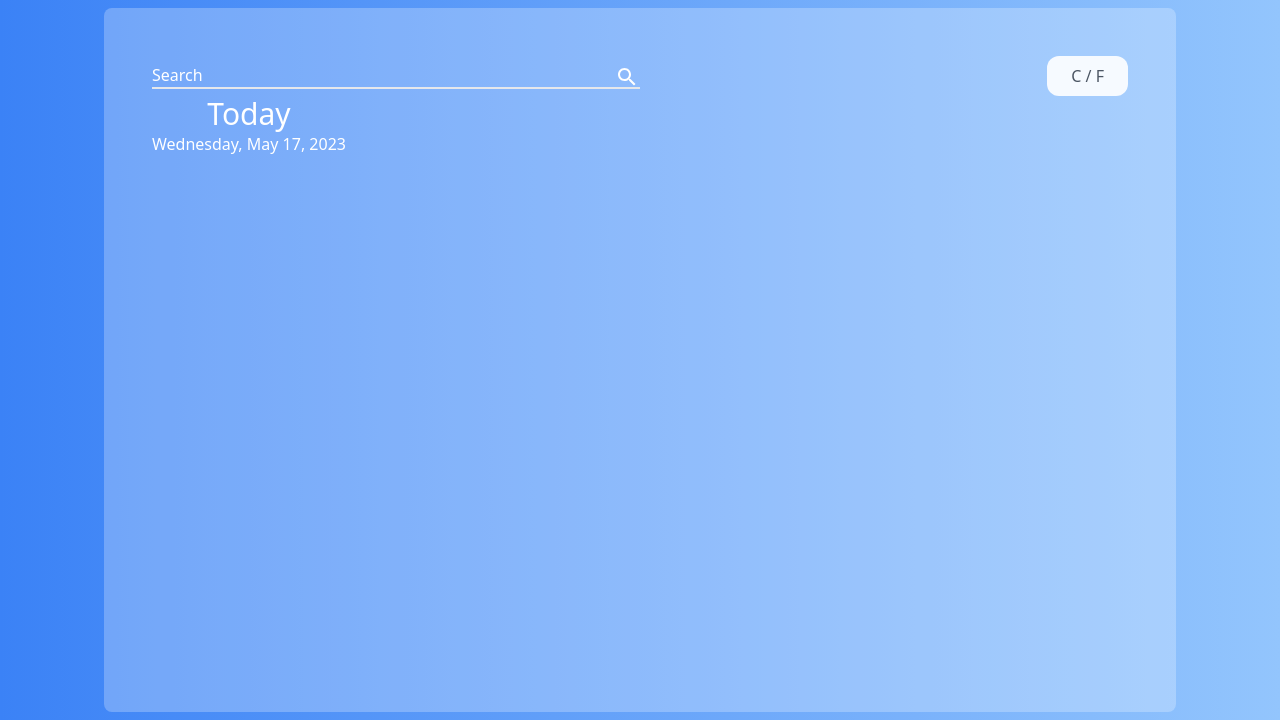
Repository: DevAntonioRogers/react-weatherapp-v2
Page: /
These files come from the project's save history. The page is drawn as it stood at one moment and after the next save; the edit follows.
The browser window is 1280 px wide. The pictures show the whole page.
The project was rebuilt for these pictures with package versions that can differ from the ones it lists, and the page was loaded fresh each time. The framework's server and built-in components were replaced by stand-ins that run in the browser. Also part of the build but not shown: next.config.js.

Above is the page before, as saved 2023-05-20 00:05:50.

### app/layout.tsx
import "./globals.css";
import { Inter } from "next/font/google";

export const metadata = {
  title: "Create Next App",
  description: "Generated by create next app",
};

export default function RootLayout({ children }: { children: React.ReactNode }) {
  return (
    <html lang="en">
      <body>{children}</body>
    </html>
  );
}

### app/page.tsx
"use client";

import Conversion from "./components/Conversion";
import Current from "./components/Current";
import Input from "./components/Input";

import { useState } from "react";

export default function Home() {
  const [data, setData] = useState({});
  const [location, setLocation] = useState("");
  const [error, setError] = useState("");

  const url = `http://api.weatherapi.com/v1/forecast.json?key=538023bd3c43455084733202231905&q=${location}&days=7&aqi=yes&alerts=yes
  `;

  const handleSearch = async (e) => {
    if (e.key === "Enter") {
      e.preventDefault();
      try {
        const response = await fetch(url);
        if (!response.ok) {
          throw new Error();
        }
        const data = await response.json();
        setData(data);
        setLocation("");
        setError("");
      } catch (error) {
        setError("City not found");
        setData({});
      }
    }
  };

  return (
    <div className="flex justify-center p-2 bg-cover h-screen bg-gradient-to-r from-blue-500 to-blue-300">
      <div className="bg-white/25 mx-24 w-full rounded-lg p-12 flex flex-col">
        {/* SEARCH AND DEGREE CONVERSION */}
        <div className="flex justify-between items-center">
          <Input handleSearch={handleSearch} location={location} setLocation={setLocation} />
          <Conversion />
        </div>

        {/* CURRENT WEATHER SECTION */}
        <div className="flex">
          <Current data={data} />
        </div>
      </div>
    </div>
  );
}

### app/components/Conversion.tsx
import React from "react";

const Conversion = () => {
  return (
    <div className="">
      <button className="rounded-xl bg-white/90 px-6 py-2 text-gray-600">C / F</button>
    </div>
  );
};

export default Conversion;

### app/components/Current.tsx
import { getCurrentDate } from "../utils/currentDate";
import LocationOnIcon from "@mui/icons-material/LocationOn";

const Current = ({ data }) => {
  const weatherIcon = data.current ? data.current.condition.icon : null;
  const currentDate = getCurrentDate();
  return (
    <div className="flex flex-col items-center gap-2 ">
      <div className="flex items-center">
        <div className="text-center">
          <h1 className="text-3xl text-white">Today</h1>
          <p className="text-white">{currentDate}</p>
        </div>
        {weatherIcon && (
          <div>
            <img className="w-[90px] object-cover" src={weatherIcon} alt="Weather Icon" />
          </div>
        )}
      </div>
      <div>
        {data.current ? (
          <p className="text-5xl text-white">
            {data.current.temp_f.toFixed()}
            <span>°</span>
          </p>
        ) : null}
        {data.current ? <span className="">{data.current.condition.text}</span> : null}
      </div>
      <div>
        {data.location ? (
          <div className="flex items-center text-black bg-white/90 px-2 py-2 rounded-xl">
            <LocationOnIcon />
            <span>
              {data.location.name}, {data.location.region}
            </span>
          </div>
        ) : null}
      </div>
    </div>
  );
};

export default Current;

### app/components/Input.tsx
"use client";

import SearchIcon from "@mui/icons-material/Search";

const Input = ({ handleSearch, setLocation, location }) => {
  return (
    <form className="flex items-center w-2/4">
      <input
        type="text"
        className="w-full bg-transparent border-b-2 placeholder-white outline-none text-white"
        placeholder="Search"
        onKeyDown={handleSearch}
        onChange={(e) => setLocation(e.target.value)}
      />
      <div className="ml-[-25px] text-white cursor-pointer">
        <SearchIcon />
      </div>
    </form>
  );
};

export default Input;

### app/utils/currentDate.tsx
export const getCurrentDate = () => {
  const currentDate = new Date().toLocaleDateString("en-US", {
    weekday: "long",
    year: "numeric",
    month: "long",
    day: "numeric",
  });
  return currentDate;
};

Loaded but not shown: app/globals.css (common file); tailwind.config.js (common file)

After the next save:
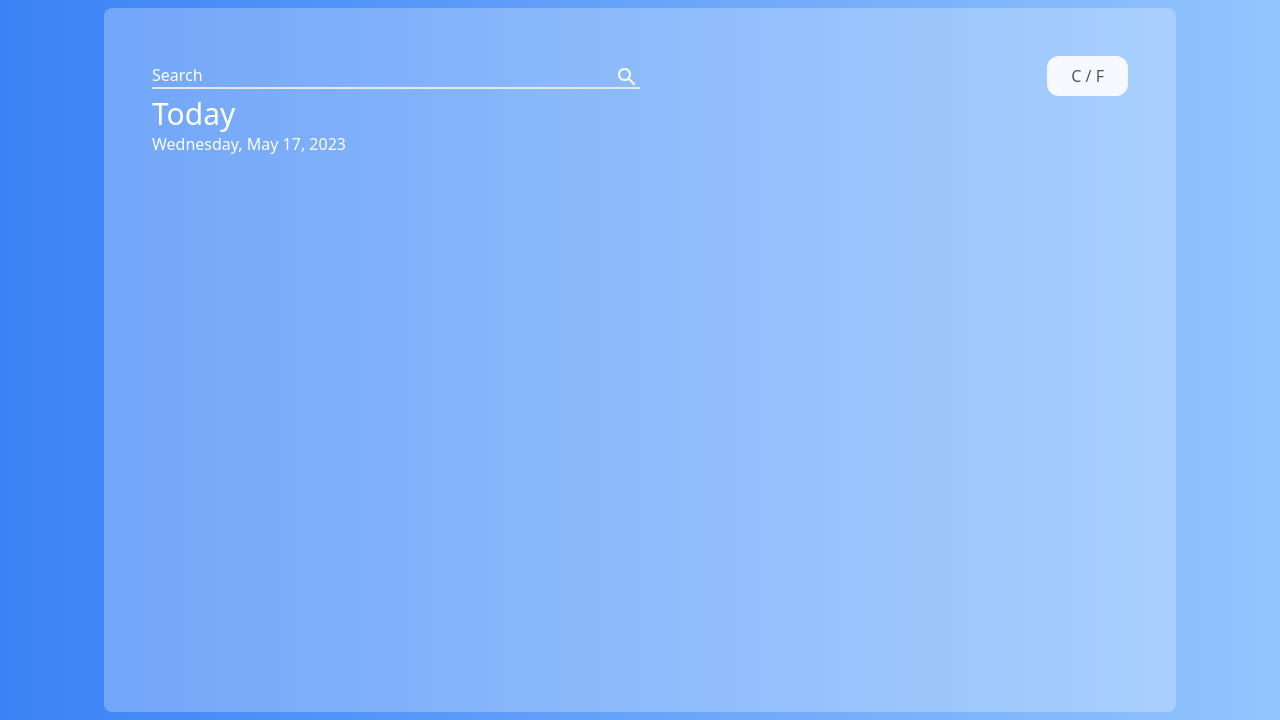
Saved 25 s later.
--- a/app/components/Current.tsx
+++ b/app/components/Current.tsx
@@ -7,7 +7,7 @@ const Current = ({ data }) => {
   return (
     <div className="flex flex-col items-center gap-2 ">
       <div className="flex items-center">
-        <div className="text-center">
+        <div className="">
           <h1 className="text-3xl text-white">Today</h1>
           <p className="text-white">{currentDate}</p>
         </div>
